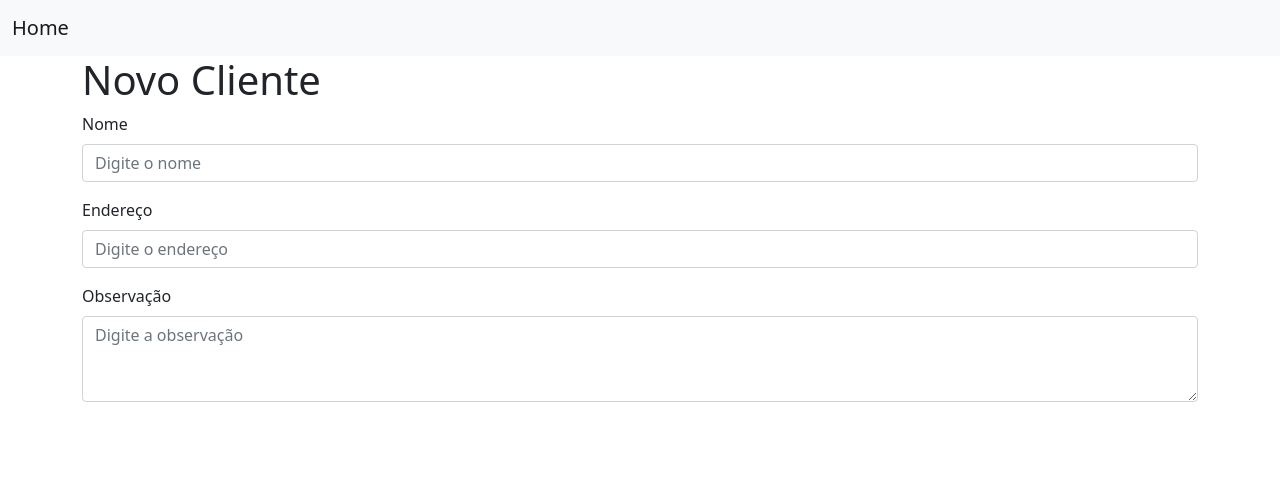
Repository: Luckycaat/eloquent-ORM
Page: http://localhost/clients/create
The author's editor kept a copy of each file at every save. The page is drawn from the files as they stood at one save, then again after the next save.
The browser window is 1280 px wide. The pictures show the whole page.
The page is served by the project's Laravel application, run on PHP 8.4 with Laravel 9.

Above is the page before, as saved 2022-09-20 15:31:50.

After the next save:
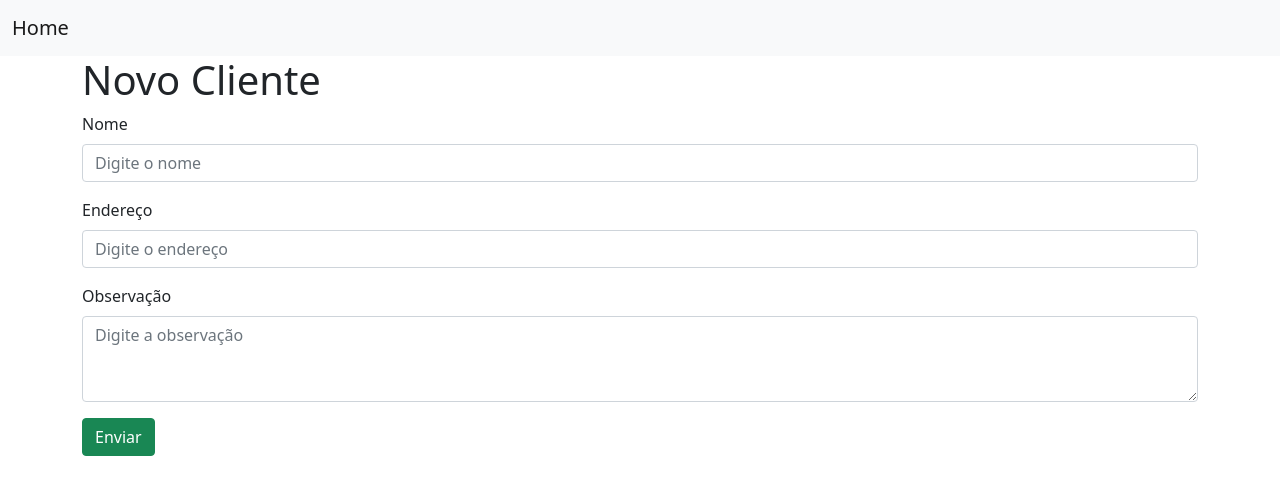
Saved 23 s later.
--- a/resources/views/clients/create.blade.php
+++ b/resources/views/clients/create.blade.php
@@ -15,6 +15,8 @@
             <label for="observacao" class="form-label">Observação</label>
             <textarea class="form-control" id="observacao" rows="3" placeholder="Digite a observação"></textarea>
         </div>
+
+        <button type="submit" class="btn btn-success">Enviar</button>
     </form>
 
 @endsection
